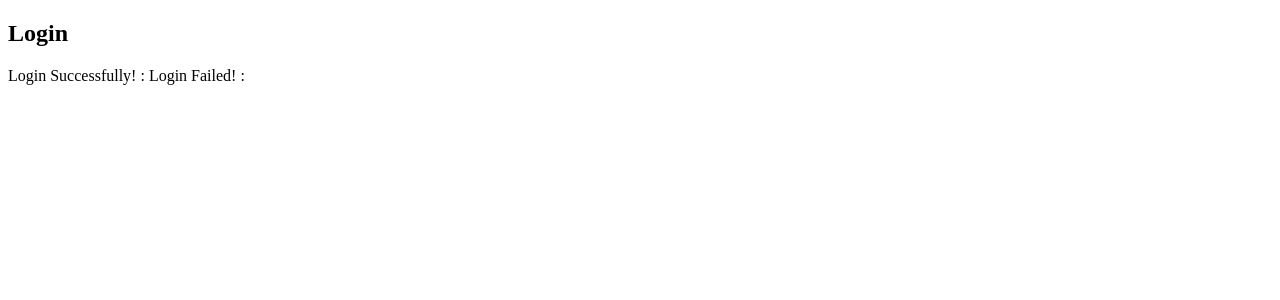
Repository: KD3-86679-Shraddha-Jadhav/AdvancesJava
Page: http://localhost/VotingAppusingJSPandJavaBeans/login.jsp
An editor plug-in stored every save of this project. The page is shown before and after the next save, followed by the edit.
The browser window is 1280 px wide. The pictures show the whole page.
The page is served by Tomcat 9.

Above is the page before, as saved 2024-12-05 17:40:53.

After the next save:
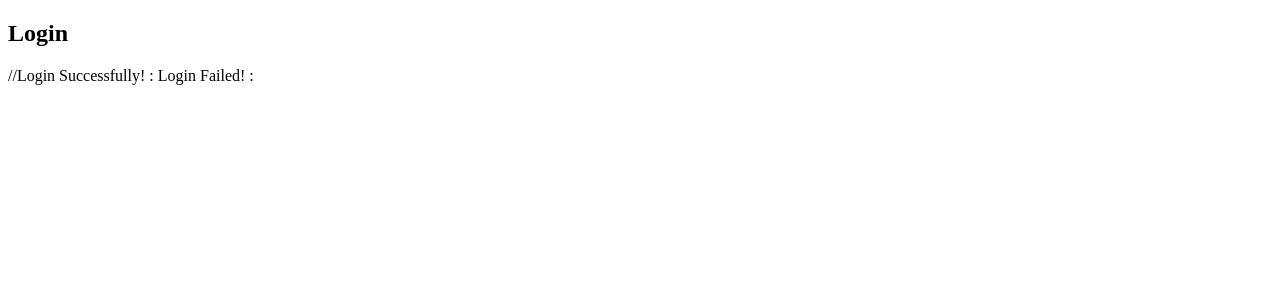
Saved 13 s later.
--- a/Assign04/VotingAppusingJSPandJavaBeans/src/main/webapp/login.jsp
+++ b/Assign04/VotingAppusingJSPandJavaBeans/src/main/webapp/login.jsp
@@ -25,7 +25,8 @@
 	<%-- choose-when statement to implement if-else ladder --%>
 	<c:choose>
 		<c:when test="${cb2.count == 1}">
-			Login Successfully! : ${count}
+			//Login Successfully! : ${count}
+			<c:redirect url="candlist.jsp"/>
 		</c:when>
 		<c:otherwise>
 			Login Failed! : ${count}
